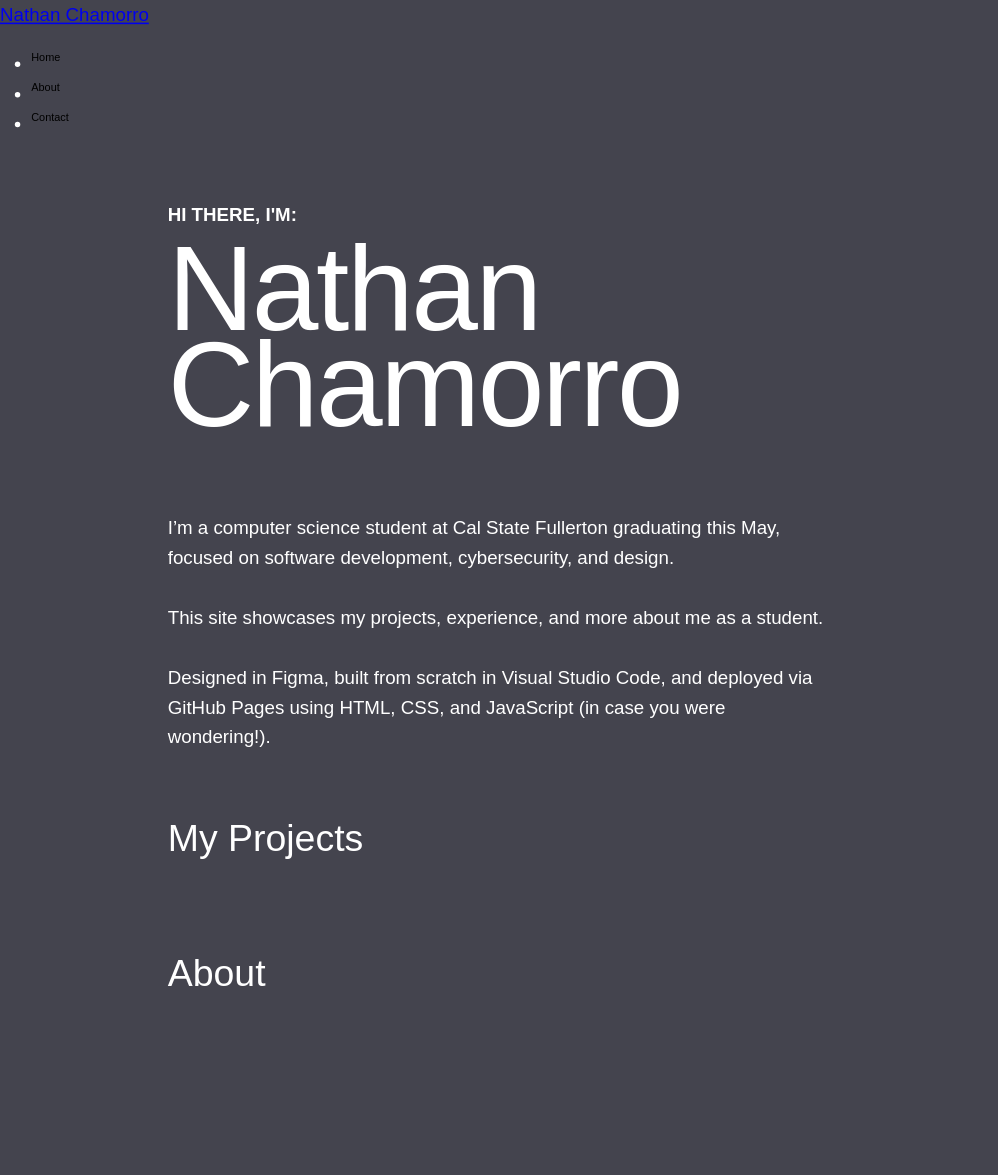
Repository: nathanchamorro1/nathanchamorro1.github.io
Page: index.html
These files come from the project's save history. The page is drawn as it stood at one moment and after the next save; the edit follows.
The browser window is 1280 px wide. The pictures show the whole page, at 78% of full size.
Some web fonts or font styles are not loaded; a fallback is used.

Above is the page before, as saved 2026-02-17 21:22:35.

### index.html
<!DOCTYPE html>
<html lang="en">

<head>
<meta charset="UTF-8">
<meta name="viewport" content = "width=device-width,initial-scale=1">
<title>Nathan Chamorro's Portfolio</title>
<link rel = "icon" type = "image/x-icon" href = "/assets/snoopy-favicon.ico">
<link rel="stylesheet" href="https://use.typekit.net/lhh1weh.css">
<link rel="stylesheet" href="css/style.css">
</head>
<body>

<div class="layout">
  <nav class="sidebar">
    <a href="#home" class="nav-logo">Nathan Chamorro</a>
    <ul>
      <li><a href="#home" class="nav-link">Home</a></li>
      <li><a href="#about" class="nav-link">About</a></li>
      <li><a href="#contact" class="nav-link">Contact</a></li>
      </ul>
      </nav>

  <main class="content">
    <div class="content-wrapper">
  <section class="hero">
    <h2 class="reveal">HI THERE, I'M:</h2>
    <h1 class="reveal">Nathan Chamorro</h1>
  </section>
      <p class="reveal">
        <br>I’m a computer science student at Cal State Fullerton graduating this May, focused on software development, cybersecurity, and design. <br>
        <br>This site showcases my projects, experience, and more about me as a student.<br>
        <br>Designed in Figma, built from scratch in Visual Studio Code, and deployed via GitHub Pages using HTML, CSS, and JavaScript (in case you were wondering!). <br>
      </p>
    </div>

        <section id="projects" class="content-wrapper">
      <h3 class="reveal">My Projects</h3>
    </section>

    <section id="about" class="content-wrapper">
      <h3 class="reveal">About</h3>
    </section>

    <section id="contact" class="content-wrapper">
      <h3 class="reveal">Contact</h3>
    </section>
  </main>
</div>
<script src = "js/script.js"></script>

### css/style.css
body {
  background-color: #44444E;
  color: white;
  margin: 0;
  font-family: museo-sans, sans-serif;
  font-weight: 300;
  font-style: normal;
  font-variation-settings: "slnt" 0, "wght" 400;
  line-height: 1.6;
  font-size: 1.5rem;
}

.content-wrapper {
  max-width: 850px;
  margin: 0 auto;
  padding: 0 40px;
  display: flex;
  flex-direction: column;
  gap: 40px;
  text-align: left;
}

.hero {
    min-height: auto;
    display: flex;
    align-items: flex-start;
    flex-direction: column;
    justify-content: flex-start;
    padding-top: 30px;
    padding-bottom: 0;
    text-align: left;
}

h1 {
    color: white;
    font-family: "instrument-serif", sans-serif;
    font-size: clamp(4.5rem, 12vw, 14rem);
    font-weight: 400;
    font-variation-settings: "wght" 400;
    line-height: 0.8;
    margin: 0;
    letter-spacing: -0.02em;
}

h2 {
    color: white;
    font-family: "museo-sans", sans-serif;
    font-weight: 900;
    font-variation-settings: "wght" 400;
    font-size: 1.5rem;
    opacity: 0.8;
    margin-bottom: 10px;
    line-height: 2;
}

h3 {
    color: white;
    font-family: "instrument-serif", sans-serif;
    font-weight: 400;
    font-variation-settings: "wght" 400;
    font-size: 3rem;
    opacity: 0.8;
    align-self: flex-start;
    text-align: left;
    width: 100%;
}

.reveal {
    opacity: 0;
    transform: translateY(20px);
    transition: opacity 0.7s ease, transform 0.7s ease;
}

.reveal-visible {
    opacity: 1;
    transform: translateY(0);
}

.navbar {
    position: fixed;
    top: 0;
    width: 100%;
    background: white;
    box-shadow: 0 2px 10px rgba(0,0,0,0.05);
    z-index: 1000;
}

.nav-container {
    max-width: 1000px;
    margin: 0 auto;
    display: flex;
    justify-content: space-between;
    align-items: center;
    padding: 15px 20px;
    position: fixed;
}

.nav-menu {
    list-style: none;
    display: flex;
    gap: 25px;
    margin: 0;
    padding: 0;
    position: fixed;
}

.nav-link {
    text-decoration: none;
    color: black;
    font-size: 14px;
    position: relative;
    position: fixed;
}

.nav-link:hover {
    opacity: 0.6;
}

.top-level-margin-hero {
    margin-bottom: 200px;
}

### js/script.js
const reveals = document.querySelectorAll(".reveal");

function revealOnScroll() {
  const windowHeight = window.innerHeight;

  reveals.forEach(el => {
    const elementTop = el.getBoundingClientRect().top;

    if (elementTop < windowHeight - 200) {
      el.classList.add("reveal-visible");
    }
  });
}

window.addEventListener("scroll", revealOnScroll);
revealOnScroll();

After the next save:
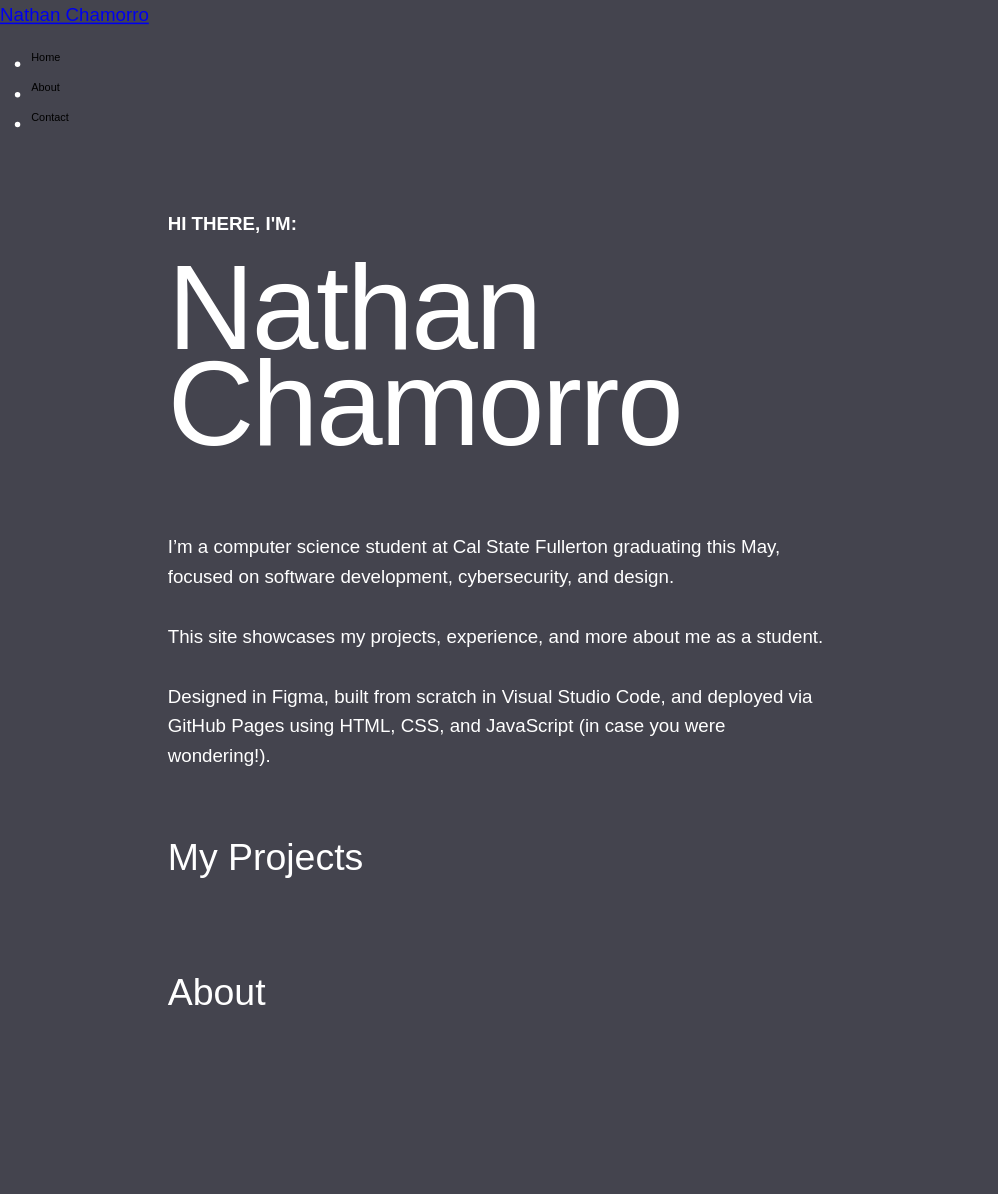
Saved 13 s later.
--- a/css/style.css
+++ b/css/style.css
@@ -50,7 +50,7 @@ h2 {
     font-size: 1.5rem;
     opacity: 0.8;
     margin-bottom: 10px;
-    line-height: 2;
+    line-height: 3;
 }
 
 h3 {
